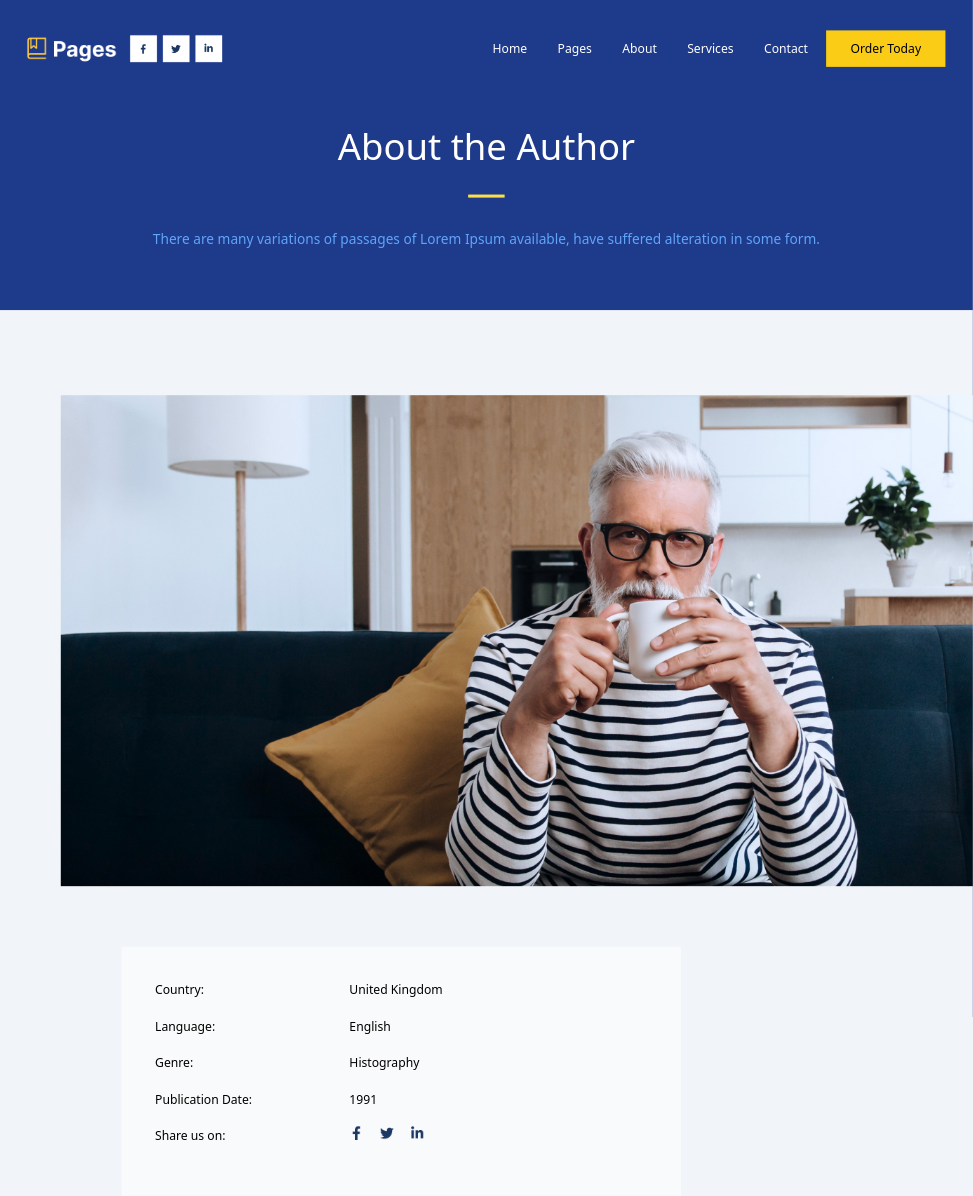
Repository: Godnorg/Class3
Page: index.html
The author's editor kept a copy of each file at every save. The page is drawn from the files as they stood at one save, then again after a run of saves.
The browser window is 1280 px wide. The pictures show the whole page, at 76% of full size.
Some web libraries are served in a nearby version.

Above is the page before, as saved 2023-02-19 03:09:01.

After the next 5 saves:
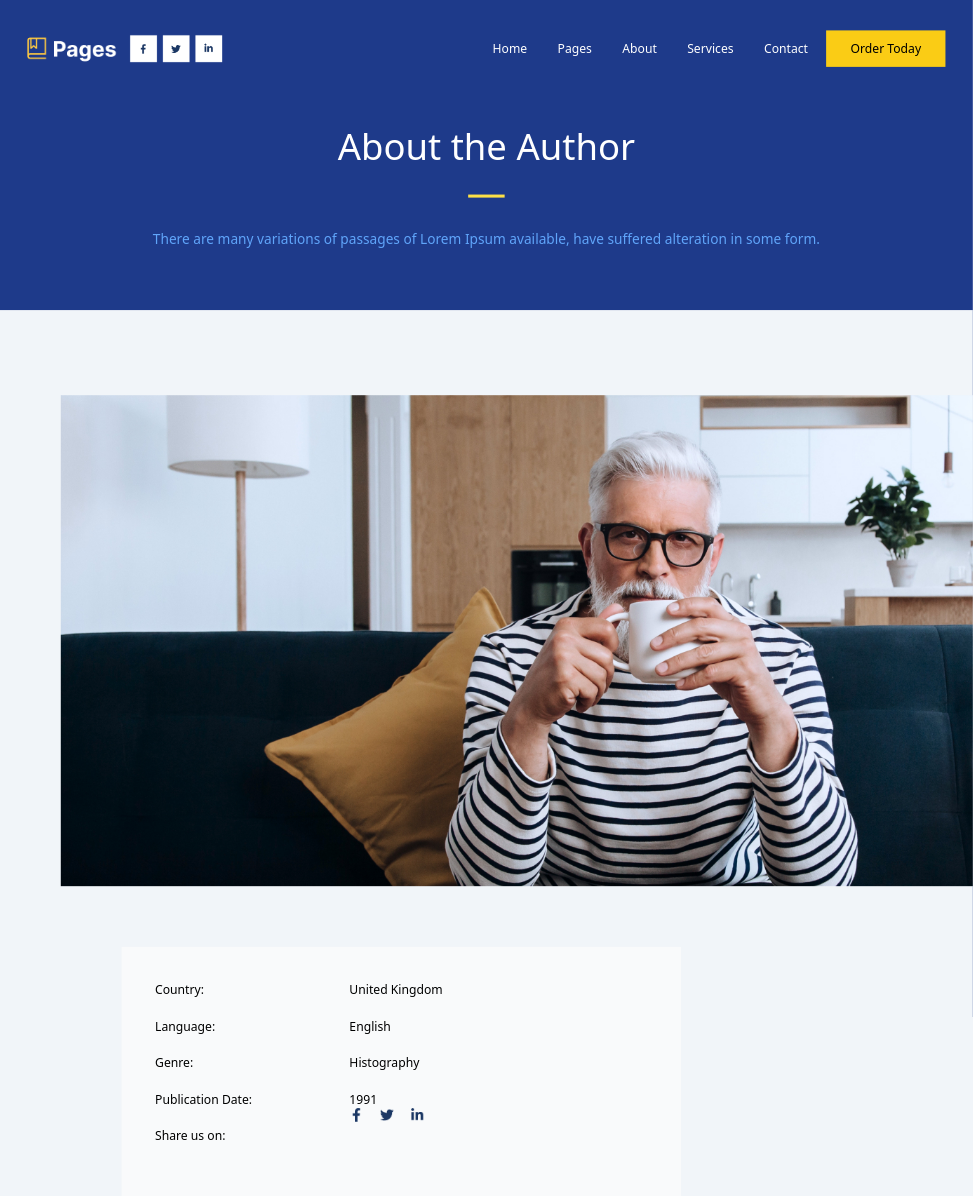
The 5 saves are shown as one change because they came seconds apart.
The last was saved 34 s later.
--- a/index.html
+++ b/index.html
@@ -45,10 +45,10 @@
                 <h2 class="pb-6">Share us on:</h2>
                 </div>
                 <div class="p-0">
-                <p class="p-0 pb-6 m-0">United Kingdom</p>
-                <p class="pb-6">English</p>
-                <p class="pb-6">Histography</p>
-                <p class="pb-6">1991</p>
+                <h2 class="p-0 pb-6 m-0">United Kingdom</h2>
+                <p class="pb-6">English</h2>
+                <p class="pb-6">Histography</h2>
+                <p class="pb-6">1991</h2>
                 <img src="./socialmedia.png" class="pb-6">
                 </div>
             </div>

After the 3 saves that followed:
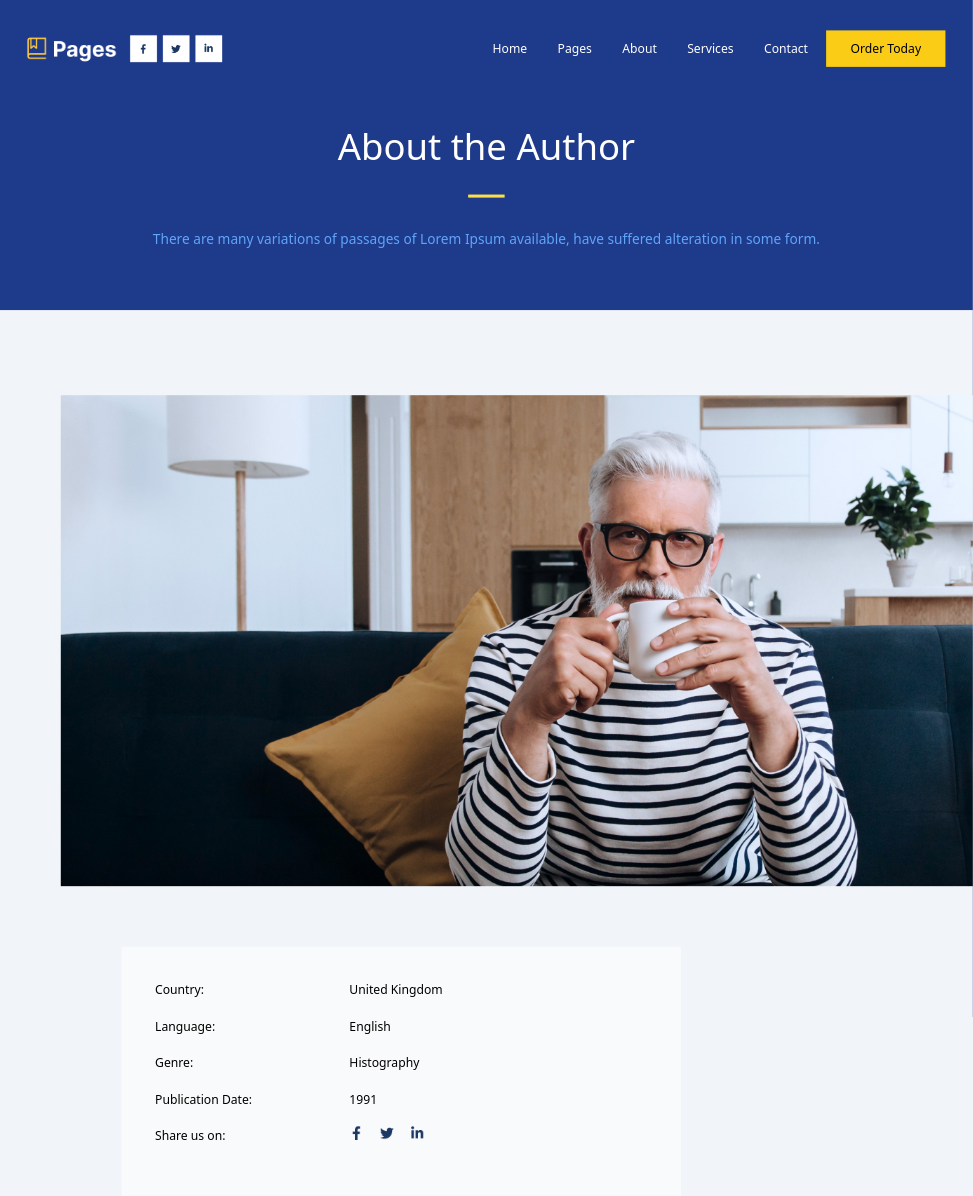
The 3 saves are shown as one change because they came seconds apart.
The last was saved 8 s later.
--- a/index.html
+++ b/index.html
@@ -46,9 +46,9 @@
                 </div>
                 <div class="p-0">
                 <h2 class="p-0 pb-6 m-0">United Kingdom</h2>
-                <p class="pb-6">English</h2>
-                <p class="pb-6">Histography</h2>
-                <p class="pb-6">1991</h2>
+                <h2 class="pb-6">English</h2>
+                <h2 class="pb-6">Histography</h2>
+                <h2 class="pb-6">1991</h2>
                 <img src="./socialmedia.png" class="pb-6">
                 </div>
             </div>
